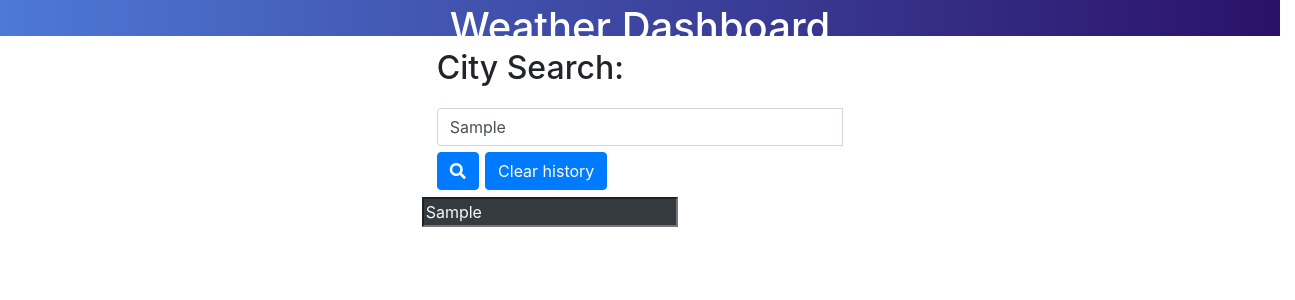
Repository: brenhamp/weather-dashboard
Page: index.html
These files come from the project's save history. The page is drawn as it stood at one moment and after the next save; the edit follows.
The browser window is 1280 px wide. The page is 1295 px wide, so the pictures cover 1295 px, including what lies to the right of the window. The pictures show the whole page.
Empty fields were first filled with sample values (such as "Sample", 5 or name@example.com).
After loading, the first visible `#search-button` was clicked once.
The page's requests for data from a server got no answer. Some web libraries are served in a nearby version.

Above is the page before, as saved 2021-12-12 21:08:45.
Console error (its wording comes from the project's code and is left out).

After the next save:
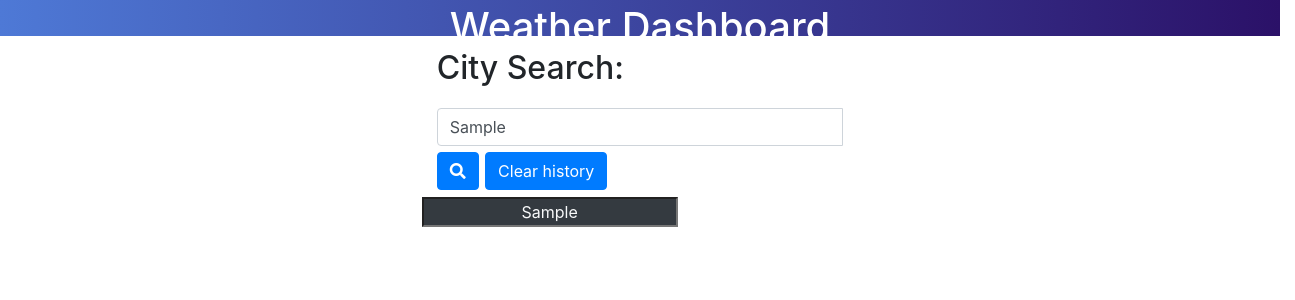
Saved 44 s later.
--- a/assets/css/style.css
+++ b/assets/css/style.css
@@ -1,5 +1,3 @@
-
-
 .hero {
     background-image: linear-gradient(to right, rgb(78, 121, 214), rgb(43, 17, 104));
     height: 5vh;
--- a/assets/js/script.js
+++ b/assets/js/script.js
@@ -113,7 +113,7 @@ const todaysWeather = document.getElementById("todays-weather");
             const historyEl = document.createElement("input");
                 historyEl.setAttribute("type", "text");
                 historyEl.setAttribute("readonly", true);
-                historyEl.setAttribute("class", "row d-inline-block bg-dark margin-10 text-light center");
+                historyEl.setAttribute("class", "row d-inline-block bg-dark margin-10 text-light text-center");
                 historyEl.setAttribute("value", searchHistory[i]);
                 historyEl.addEventListener("click", function() {
                 getWeather(historyEl.value);
